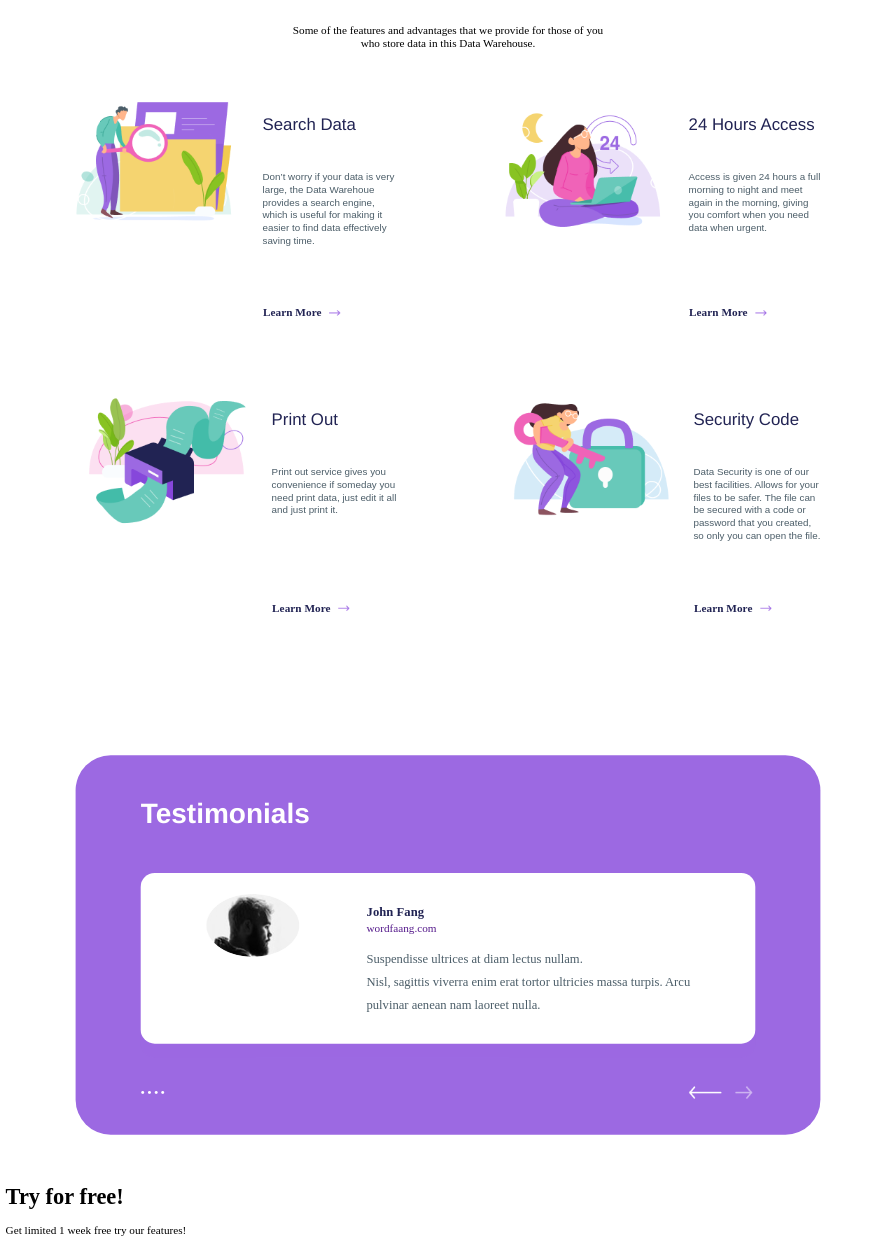
Repository: batonAnton/HW6_flexbox
Page: index.html
These files come from the project's save history. The page is drawn as it stood at one moment and after the next save; the edit follows.
The browser window is 1280 px wide. The pictures show the part of the page from y = 1420 to 3340 px (the page is 3203 px tall before and 3340 px after), at 70% of full size.
Some web fonts or font styles are not loaded; a fallback is used.

Above is the page before, as saved 2022-06-19 15:38:36.

### index.html
<!DOCTYPE html>
<html lang="en">
<head>
    <meta charset="UTF-8">
    <meta http-equiv="X-UA-Compatible" content="IE=edge">
    <meta name="viewport" content="width=device-width, initial-scale=1.0">
    <link href="http://fonts.cdnfonts.com/css/helvetica-neue-9" rel="stylesheet">
    <link rel="stylesheet" href="./fonts/Helvetica-Bold.ttf">
    <link rel="stylesheet" href="./fonts/AvenirLTStd-Black.otf">
    <link rel="stylesheet" href="./css/style.css">
    <title>FlexBox</title>
</head>
<body>
    <header>
        <div class="logo">
            <img src="./images/logo.png" alt="logo">
        </div>

        <nav>
            <ul>
                <li>
                    <a href="#">about</a>
                </li>
                <li>
                    <a href="#">help</a>
                </li>
                <li>
                    <a href="#">features</a>
                </li>
                <li>
                    <a href="#">signup</a>
                </li>
            </ul>
        </nav>

        <div class="header-btn">
            <div>
                <button>request demo</button>
            </div>
            <div class="btn-img">
                <img src="./images/right-arrow.png" alt="arrow-right" >
            </div>
        </div>
    </header>

    <div class="section allstyles">
        <div class="info">
            <h1>Save your data <br> storage here.</h1>
            <p>Data Warehouse is a data storage area that <br>has been
                tested for security, so you can store <br> your data here
                safely but not be afraid of <br> being stolen by others.</p>
            <button>Learn more</button>
        </div>

        <div class="section-img">
            <img src="./images/headerImg.png" alt="">
        </div>
    </div>

    <div class="section2 allstyles">
        <div class="sectin2-img">
            <img src="./images/assideimg.png" alt="assideimg">
        </div>

        <div class="section2-info">
            <h1>We are a high-level data <br> storage bank</h1>
            <p>
                The place to store various data that you can access at any <br> time through the internet  and where you can carry it. <br>
                This very flexible storage area has a high level of security. <br> To enter into your own data you must enter the password <br> that you created when you registered in this Data <br> Warehouse.
            </p>
        </div>
    </div>

    <div class="section3 allstyles">
        <h1 class="section3-header"> Features</h1>
        <p class="section3-header">Some of the features and advantages that we provide for those of you <br> who store data in this Data Warehouse.</p>

        <div class="row1">
            <div class="block">
                <img src="./images/section3/image1 1.png" alt="img">
                <div class="info">
                    <h1>Search Data</h1>
                <p>
                    Don’t worry if your data is very <br> large, the Data Warehoue <br> provides a search engine, <br> which is useful for making it <br> easier to find data effectively <br> saving time.
                </p>

                <div class="header-btn section3-btn">
                    <div>
                        <button>Learn more</button>
                    </div>
                    <div class="btn-img">
                        <img src="./images/right-arrow.png" alt="arrow-right" >
                    </div>
                </div>
                </div>

            </div>


            <div class="block">
                <img src="./images/section3/image2.png" alt="img">
                <div class="info">
                    <h1>24 Hours Access</h1>
                <p>
                    Access is given 24 hours a full <br> morning to night and
                    meet <br> again in the morning, giving <br> you comfort when
                    you need <br> data when urgent.
                </p>

                <div class="header-btn section3-btn">
                    <div>
                        <button>Learn more</button>
                    </div>
                    <div class="btn-img">
                        <img src="./images/right-arrow.png" alt="arrow-right" >
                    </div>
                </div>
                </div>

            </div>
        </div>

        <!-- row2 start -->

        <div class="row1 row2">
            <div class="block">
                <img src="./images/section3/image3 1.png" alt="img">
                <div class="info">
                    <h1>Print Out</h1>
                <p>
                    Print out service gives you <br> convenience if someday
                    you <br> need print data, just edit it all <br> and just print it.
                </p>

                <div class="header-btn section3-btn">
                    <div>
                        <button>Learn more</button>
                    </div>
                    <div class="btn-img">
                        <img src="./images/right-arrow.png" alt="arrow-right" >
                    </div>
                </div>
                </div>

            </div>


            <div class="block">
                <img src="./images/section3/image4 1.png" alt="img">
                <div class="info">
                    <h1>Security Code</h1>
                <p>
                    Data Security is one of our <br> best facilities. Allows for your <br> files
                    to be safer. The file can <br> be secured with a code or <br>
                    password that
                    you created, <br> so only you can open the file.
                </p>

                <div class="header-btn section3-btn">
                    <div>
                        <button>Learn more</button>
                    </div>
                    <div class="btn-img">
                        <img src="./images/right-arrow.png" alt="arrow-right" >
                    </div>
                </div>
                </div>

            </div>
        </div>
    </div>

    <div class="section4 allstyles">
        <h1>Testimonials</h1>

        <div class="block">
            <img class="rounded" src="./images/section3/Ellipse 76.jpg" alt="img">
            <div class="info">
                <h1>John Fang </h1>
                <a href="">wordfaang.com</a>
                <p>
                    Suspendisse ultrices at diam lectus nullam. <br>
                    Nisl, sagittis viverra enim erat tortor ultricies massa turpis. Arcu <br> pulvinar aenean nam laoreet nulla.
                </p>
            </div>
        </div>
        <h4>&#x2022 &#x2022 &#x2022 &#x2022</h4>
        <p class="right"> <img src="./images/section3/arrows.png" alt="arrows"> </p>
    </div>


    <div class="forfree">
        <div class="free-info">
            <h1>Try for free!</h1>
            <p>Get limited 1 week free try our features!</p>
        </div>

        <div class="btn-block">

        </div>
    </div>
    <footer>

    </footer>
</body>
</html>

### css/style.css
body {
  box-sizing: border-box;
  font-family: "Avenir";
}

.allstyles{
    margin: 70px 100px;
}

header {
  display: flex;
  margin: 30px 100px;
  justify-content: space-between;
  /* border: 1px solid gray; */
 font-family: Arial, Helvetica, sans-serif;
  font-size: 16px;
}


nav {
  margin-right: 40%;
}

nav ul {
  display: flex;
  list-style: none;
  color: #4b5d68;
}

nav ul li a {
  text-decoration: none;
  padding-left: 20px;
  text-transform: capitalize;
}

.header-btn {
  display: flex;
  justify-content: center;
}


.header-btn button {
  padding: 15px 30px 15px 15px;
  text-transform: capitalize;
  border: none;
  border-radius: 50px;
  background: #ffffff;
  box-shadow: 0px 5px 5px rgb(75 93 104 / 15%);
  width: 210px;
  color: #212353;
  font-size: 16px;
  font-weight: 800;
  line-height: 100%;
  letter-spacing: 0.005em;
}

.btn-img {
  margin-left: -35px;
  padding-left: -15px;
  align-self: center;
}

button img {
  padding-top: 5px;
  margin-left: 5px;
}

button:hover {
  border: 1px solid rgba(156, 105, 226, 1);
  text-decoration: underline;
}

.section {
  display: flex;
  position: relative;
  height: 600px;
  overflow: hidden;
}


.info {
  width: 50%;
}

.section h1 {
  font-style: normal;
  font-weight: 700;
  font-size: 4rem;
  line-height: 110%;
  font-family: "Helvetica Neue", sans-serif;
  color:#212353;
  font-weight: 700;
}



.section p {
  font-family: 'Avenir', Helvetica, sans-serif;
  font-style: normal;
  font-weight: 500;
  font-size: 16px;
  line-height: 28px;
  margin-top: 50px;
  margin-bottom: 50px;
}

.section-img {
  position: absolute;
  bottom: 1%;
  right: -13%;
}
.section-img img {
  width: 84%;
}

.info button{
    font-family: 'Avenir', Helvetica, sans-serif;
    font-style: normal;
    font-weight: 700;
    font-size: 18px;
    line-height: 160%;
    background-color: #9C69E2;
    border-radius: 50px;
    color: #ffffff;
    width: 170px;
    height: 60px;
    border: none;
    cursor: pointer;
}


.section2{
    display: flex;
    justify-content: space-between;
    background: rgba(240, 99, 184, 0.15);
    border-radius: 50px;
    font-family: 'Avenir', Helvetica, sans-serif;
}

.section2 h1{
    font-style: normal;
    font-weight: 700;
    font-size: 40px;
    line-height: 130%;
    color: #212353;
}

.section2 p{
    font-family: 'Avenir', Helvetica, sans-serif;
font-style: normal;
font-weight: 400;
font-size: 16px;
line-height: 160%;
}

.section2-info{
    padding:55px;
}


.section3-header{
    text-align: center;
    margin: -30px 0 75px 0;
}

.row1{
    display: flex;
    justify-content: space-between;
}

.row1 .block img{
    float: left;
}

.section3 .info{
  float: right;
  width: auto;
  margin-left: 35px;
}

.section3 .info h1{
  font-family: 'Helvetica';
font-style: normal;
font-weight: 400;
font-size: 24px;
line-height: 130%;
color: #212353;
}

.section3 .info p{
  font-family: 'Avenir',  sans-serif;
font-style: normal;
font-weight: 200;
font-size: 14px;
line-height: 130%;
color: #4B5D68;
margin-top: 50px;
/* margin-bottom: 50px; */
height: 160px;
}

.section3 .section3-btn button{
  padding:0;
  color: #212353;
  box-shadow: none;
  background-color: #ffffff;
  font-family: 'Avenir';
  font-style: normal;
  font-weight: 900;
  font-size: 16px;
  line-height: 160%;
  letter-spacing: 0.005em;
  width:85px;
}

.section3 .header-btn{
  display: flex;
  justify-content: flex-start;
}

.section3 .btn-img{
  margin-left: 10px;
}

.row2{
  margin: 90px 0  180px 0;
}

.section4{
  /* height: 709px; */
  background-color: #9C69E2;
  border-radius: 50px;
  padding: 30px 93px;
}

.section4 h1{
  font-family: 'Helvetica';
  font-style: normal;
  font-weight: 700;
  font-size: 40px;
  line-height: 130%;
  color: #FFFFFF;
  margin-bottom: 60px;
}

.section4 .block{
  background-color: #FFFFFF;
  box-shadow: 0px 20px 0px rgba(156, 105, 226, 0.3);
  border-radius: 20px;
  padding: 30px 93px 120px 93px;
}

.section4 .info{
  float: right;
  width: auto;
}

.section4 .info h1{
font-family: 'Avenir';
font-style: normal;
font-weight: 900;
font-size: 18px;
line-height: 160%;
letter-spacing: 0.005em;
color: #212353;
margin-bottom: 0;
}

.section4 .info p{
  font-family: 'Avenir';
font-style: normal;
font-weight: 400;
font-size: 18px;
line-height: 180%;
color: #4B5D68;
}

.section4 .info a{
  text-decoration: none;
}

.rounded{
  border-radius:50%;
}

h4{
  color: #ffffff;
  margin-top: 60px ;
}

.right{
  margin-left: auto;
  margin-right: auto;
  float: right;
  margin-top: -44px;
}

After the next save:
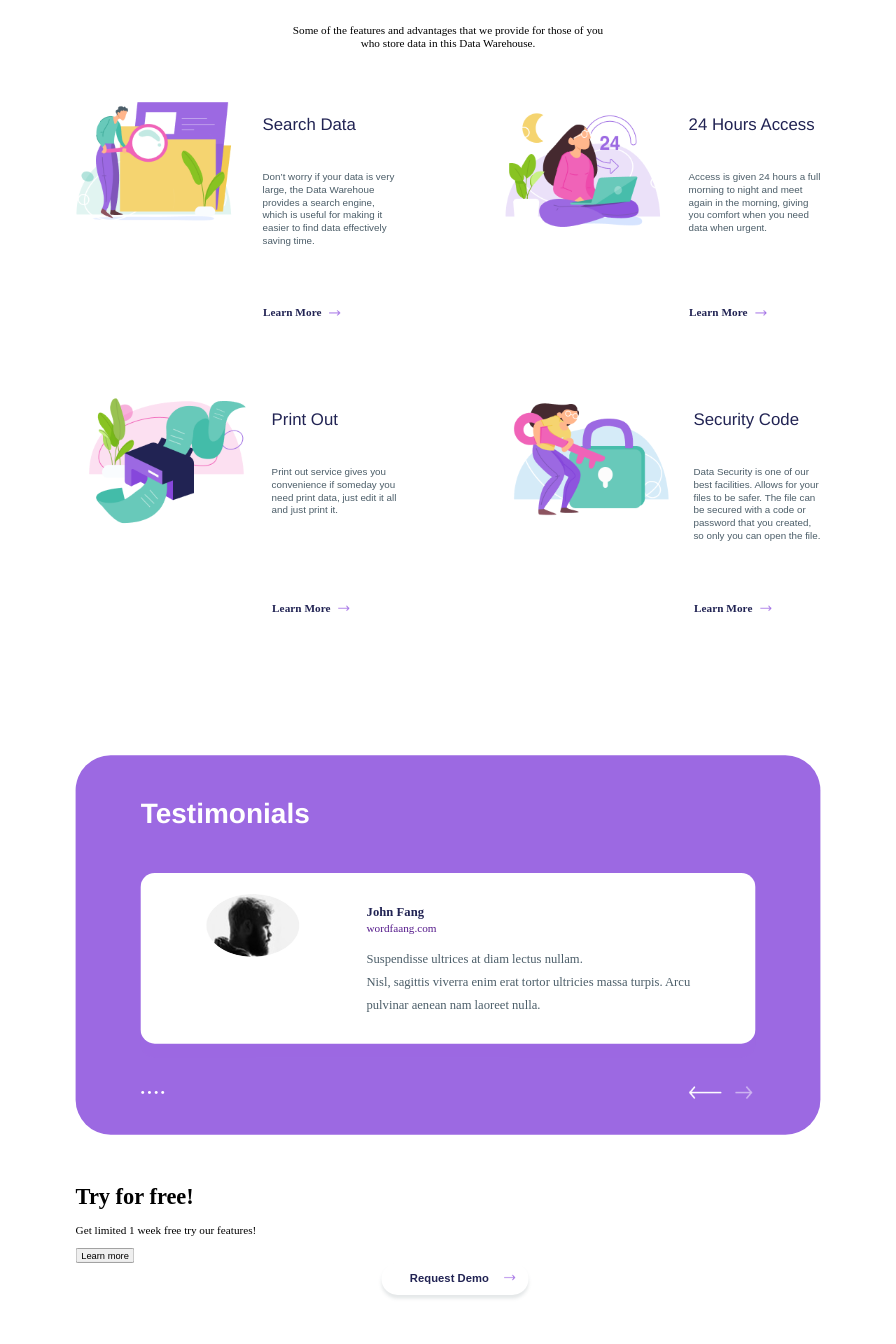
Saved 5 min 18 s later.
--- a/index.html
+++ b/index.html
@@ -189,14 +189,22 @@
     </div>
 
 
-    <div class="forfree">
+    <div class="forfree allstyles">
         <div class="free-info">
             <h1>Try for free!</h1>
             <p>Get limited 1 week free try our features!</p>
         </div>
 
         <div class="btn-block">
-
+            <button>Learn more</button>
+            <div class="header-btn">
+                <div>
+                    <button>request demo</button>
+                </div>
+                <div class="btn-img">
+                    <img src="./images/right-arrow.png" alt="arrow-right" >
+                </div>
+            </div>
         </div>
     </div>
     <footer>
